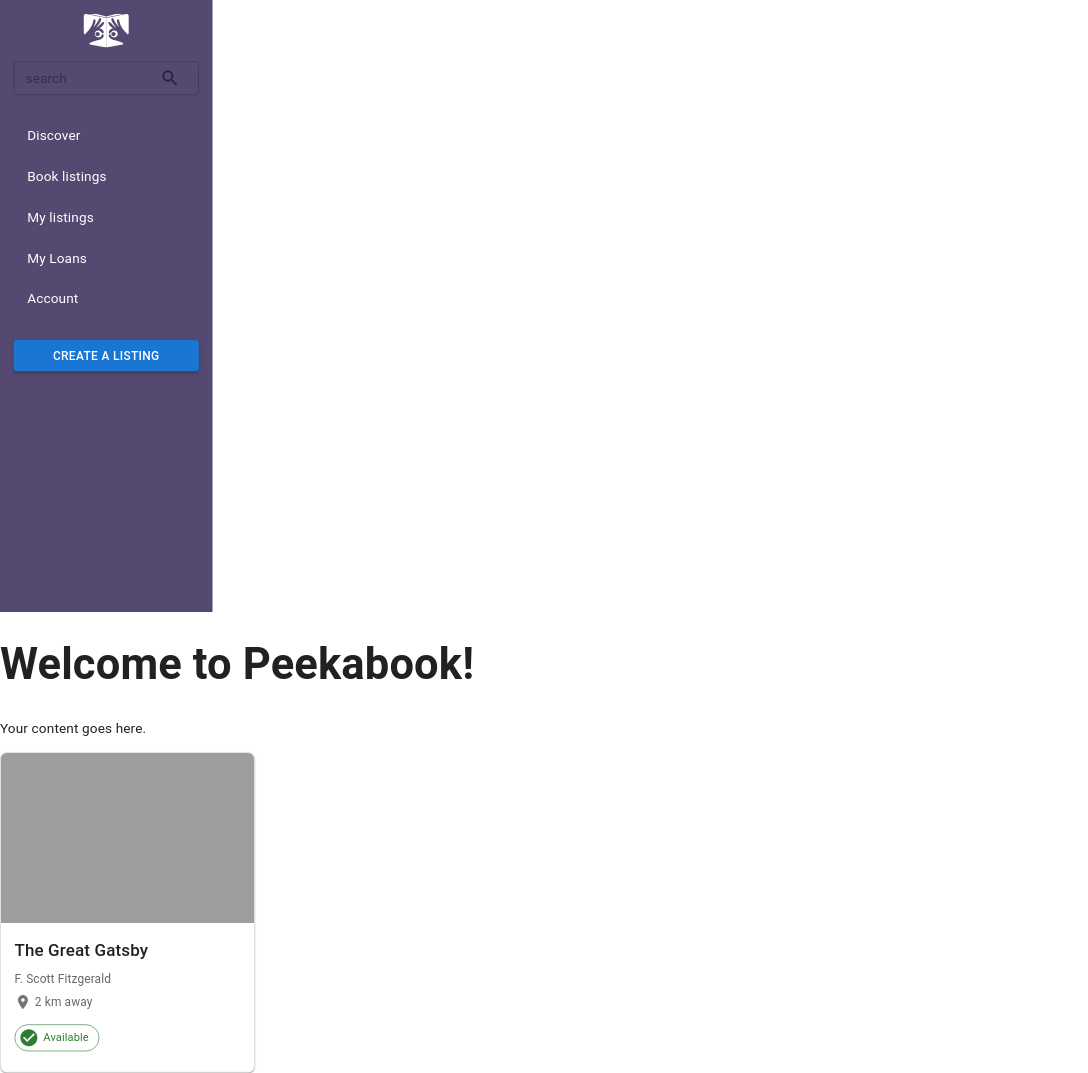
Repository: Aladdin3r/peekabook
Page: /
An editor plug-in stored every save of this project. The page is shown before and after the next save, followed by the edit.
The browser window is 1280 px wide. The pictures show the whole page, at 85% of full size.
Pictures or frames that could not be fetched are drawn as grey boxes. The project was rebuilt for these pictures with package versions that can differ from the ones it lists, and the page was loaded fresh each time. Also part of the build but not shown: vite.config.js.

Above is the page before, as saved 2024-10-22 21:15:57.

After the next save:
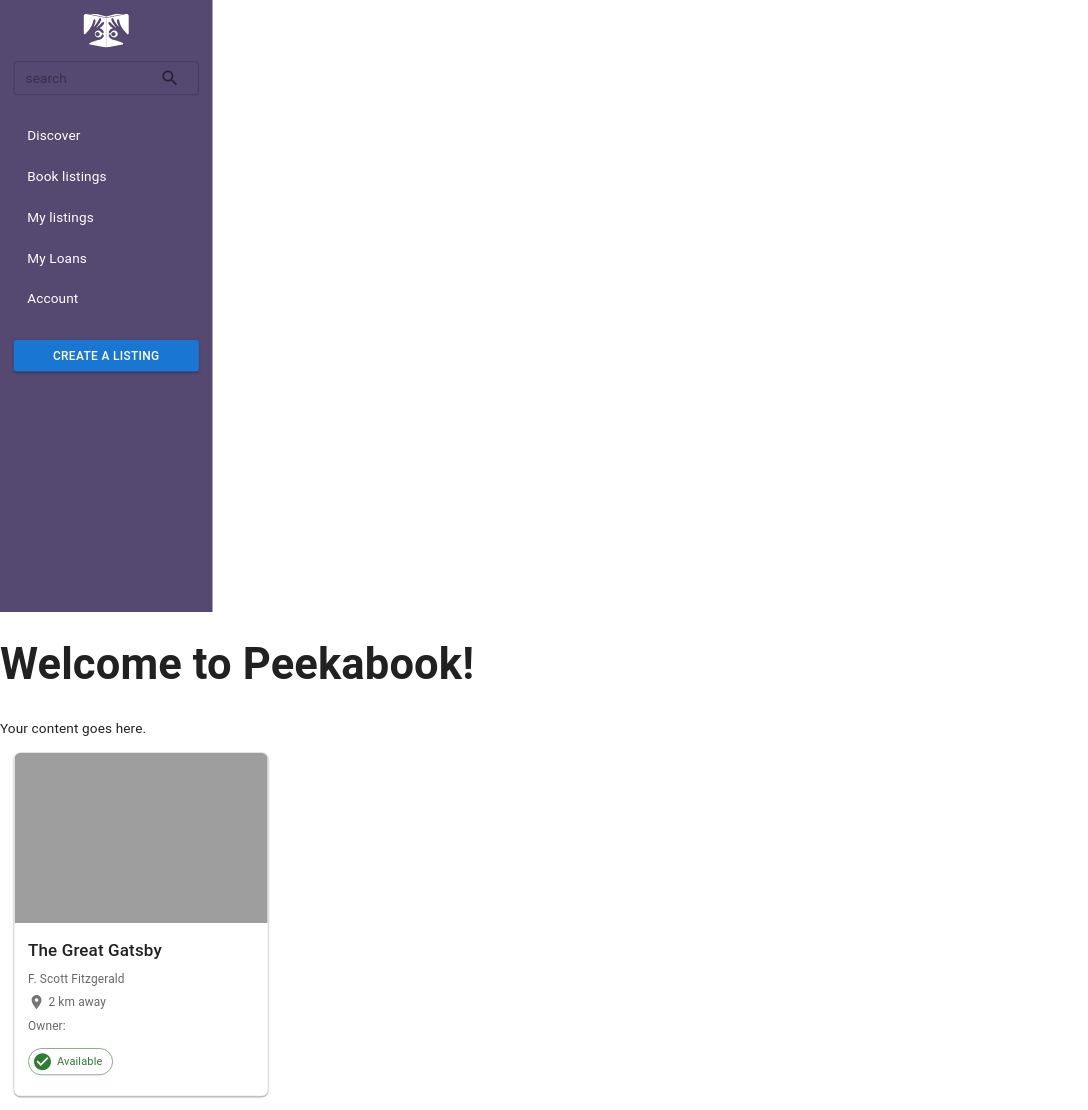
Saved 77 s later.
--- a/src/components/bookCard.jsx
+++ b/src/components/bookCard.jsx
@@ -1,12 +1,13 @@
+// components/BookCard.jsx
 import React from 'react';
 import { Card, CardMedia, CardContent, Typography, Chip, Box } from '@mui/material';
 import LocationOnIcon from '@mui/icons-material/LocationOn';
 import CheckCircleIcon from '@mui/icons-material/CheckCircle';
 import CancelIcon from '@mui/icons-material/Cancel';
 
-const BookCard = ({ bookImage, title, author, location, available }) => {
+const BookCard = ({ bookImage, title, author, location, available, owner }) => {
   return (
-    <Card sx={{ display: 'flex', flexDirection: 'column', maxWidth: 300, border: '1px solid #ddd', borderRadius: '8px' }}>
+    <Card sx={{ display: 'flex', flexDirection: 'column', maxWidth: 300, border: '1px solid #ddd', borderRadius: '8px', margin: '1rem' }}>
       <CardMedia
         component="img"
         height="200"
@@ -27,6 +28,9 @@ const BookCard = ({ bookImage, title, author, location, available }) => {
             {location}
           </Typography>
         </Box>
+        <Typography variant="body2" color="text.secondary" mt={1}>
+          Owner: {owner}
+        </Typography>
         <Box sx={{ display: 'flex', justifyContent: 'space-between', mt: 2 }}>
           {available ? (
             <Chip
